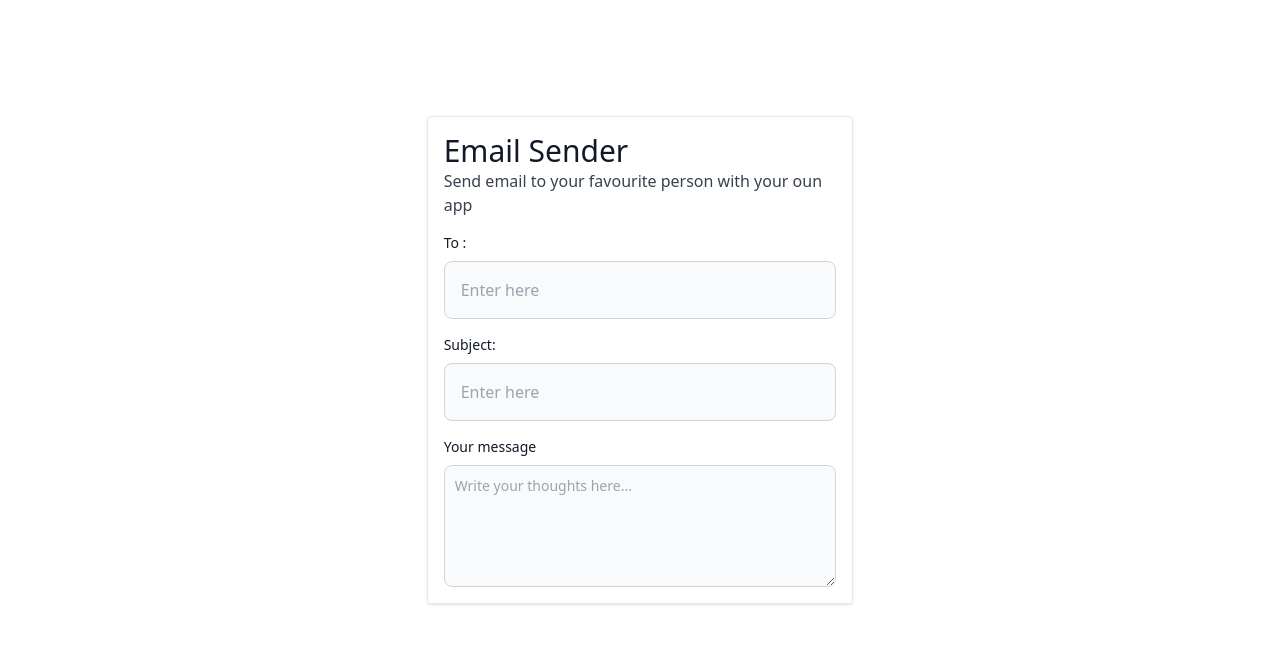
Repository: vikas-1234/EmailReactProject
Page: / (app in email-sender/)
These files come from the project's save history. The page is drawn as it stood at one moment and after the next save; the edit follows.
The browser window is 1280 px wide. The pictures show the whole page.
The project was rebuilt for these pictures with package versions that can differ from the ones it lists, and the page was loaded fresh each time. Also part of the build but not shown: email-sender/vite.config.js, email-sender/src/App.css.

Above is the page before, as saved 2024-04-20 15:02:28.

### email-sender/src/App.jsx

import './App.css'
import EmailSender from './components/EmailSender'

function App() {


  return (
    <>
      <EmailSender/>
    </>
  )
}

export default App

### email-sender/src/components/EmailSender.jsx

function EmailSender() {
  return (
    /* The code `<div>EmailSender</div>` is creating a JSX element in React. It is rendering a `<div>`
    element with the text content "EmailSender" inside it. This JSX element will be displayed as a
    div with the text "EmailSender" when the `EmailSender` component is rendered. */
    // <div>EmailSender</div>
    <div className="w-full min-h-screen flex justify-center items-center">



<div className="email_card w-1/3 p-4 border rounded shadow">
<h1 className="text-gray-900 text-3xl">Email Sender</h1>
<p className="text-gray-700"> Send email to your favourite person with your oun app  </p>

<form action="">

{/* To Section */}

<div className="input_field mt-4">
<label for="large-input" class="block mb-2 text-sm font-medium text-gray-900 dark:text-white" >To :</label>
<input type="text" placeholder="Enter here" id="large-input" class="block w-full p-4 text-gray-900 border border-gray-300 rounded-lg bg-gray-50 text-base focus:ring-blue-500 focus:border-blue-500 dark:bg-gray-700 dark:border-gray-600 dark:placeholder-gray-400 dark:text-white dark:focus:ring-blue-500 dark:focus:border-blue-500"></input>
</div>
{/* To Subject */}

<div className="input_field mt-4">
<label for="large-input" class="block mb-2 text-sm font-medium text-gray-900 dark:text-white" >Subject:</label>
<input type="text" placeholder="Enter here" id="large-input" class="block w-full p-4 text-gray-900 border border-gray-300 rounded-lg bg-gray-50 text-base focus:ring-blue-500 focus:border-blue-500 dark:bg-gray-700 dark:border-gray-600 dark:placeholder-gray-400 dark:text-white dark:focus:ring-blue-500 dark:focus:border-blue-500"></input>
</div>

{/* Message Section */}

<div className="form_field mt-4">
<label for="message" class="block mb-2 text-sm font-medium text-gray-900 dark:text-white">Your message</label>
<textarea id="message" rows="5" class="block p-2.5 w-full text-sm text-gray-900 bg-gray-50 rounded-lg border border-gray-300 focus:ring-blue-500 focus:border-blue-500 dark:bg-gray-700 dark:border-gray-600 dark:placeholder-gray-400 dark:text-white dark:focus:ring-blue-500 dark:focus:border-blue-500" placeholder="Write your thoughts here..."></textarea>

</div>









</form>









    </div>
    </div>

  )
}

export default EmailSender;

### email-sender/tailwind.config.js
/** @type {import('tailwindcss').Config} */
export default {
  content: ["./index.html",
  "./src/**/*.{js,ts,jsx,tsx}",],
  theme: {
    extend: {},
  },
  plugins: [],
  darkMode:'selector',
}

Loaded but not shown: email-sender/index.html (common file); email-sender/src/main.jsx (common file); email-sender/src/index.css (common file)

After the next save:
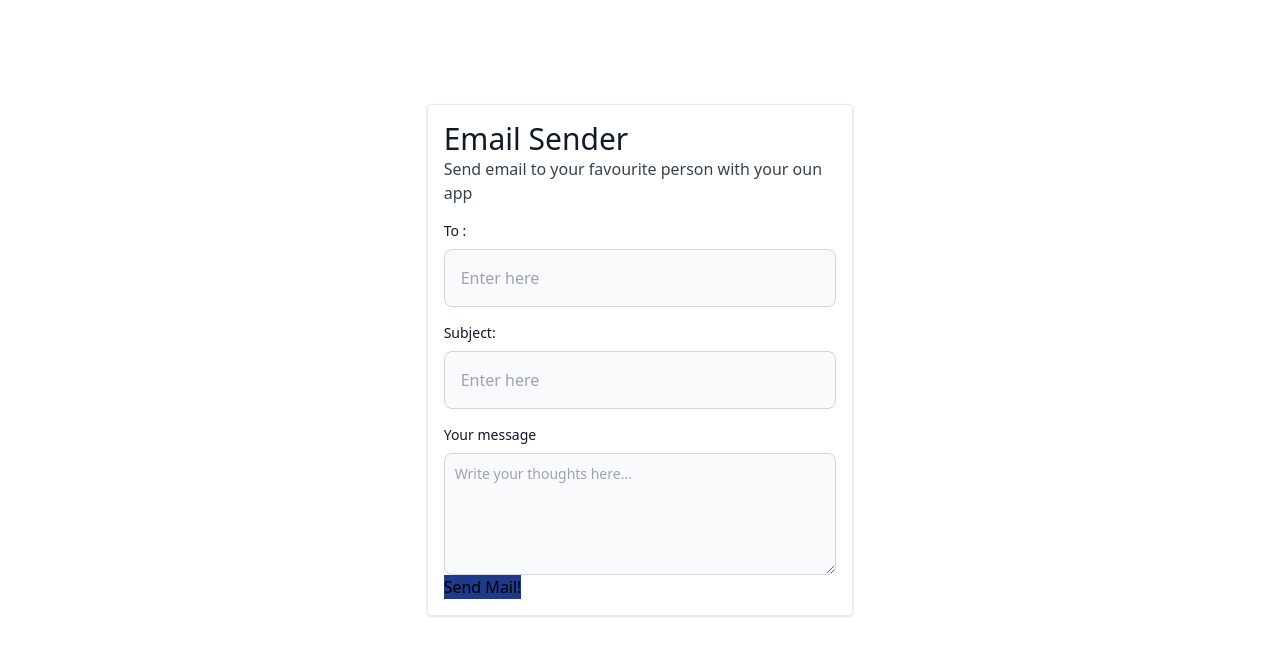
Saved 2 min 44 s later.
--- a/email-sender/src/components/EmailSender.jsx
+++ b/email-sender/src/components/EmailSender.jsx
@@ -36,6 +36,10 @@ function EmailSender() {
 
 </div>
 
+<div className="button_container">
+<button className="bg-blue-900">Send Mail!</button>
+
+</div>
 
 
 
